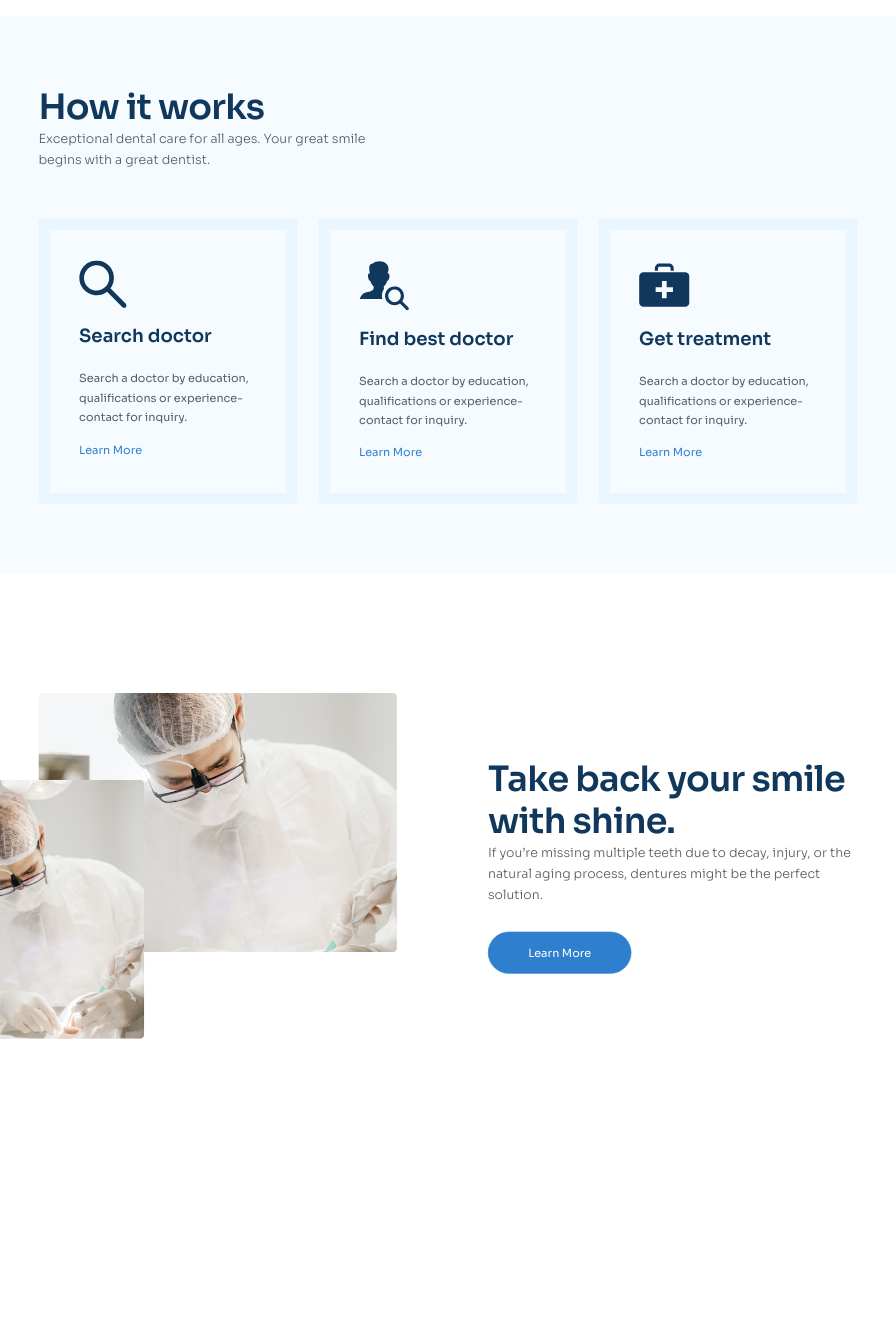
Repository: Tran-Dat/F8_Project_03
Page: index.html
An editor plug-in stored every save of this project. The page is shown before and after the next save, followed by the edit.
The browser window is 1280 px wide. The pictures show the part of the page from y = 1880 to 3800 px (the page is 3800 px tall), at 70% of full size.

Above is the page before, as saved 2023-04-03 16:26:08.

After the next save:
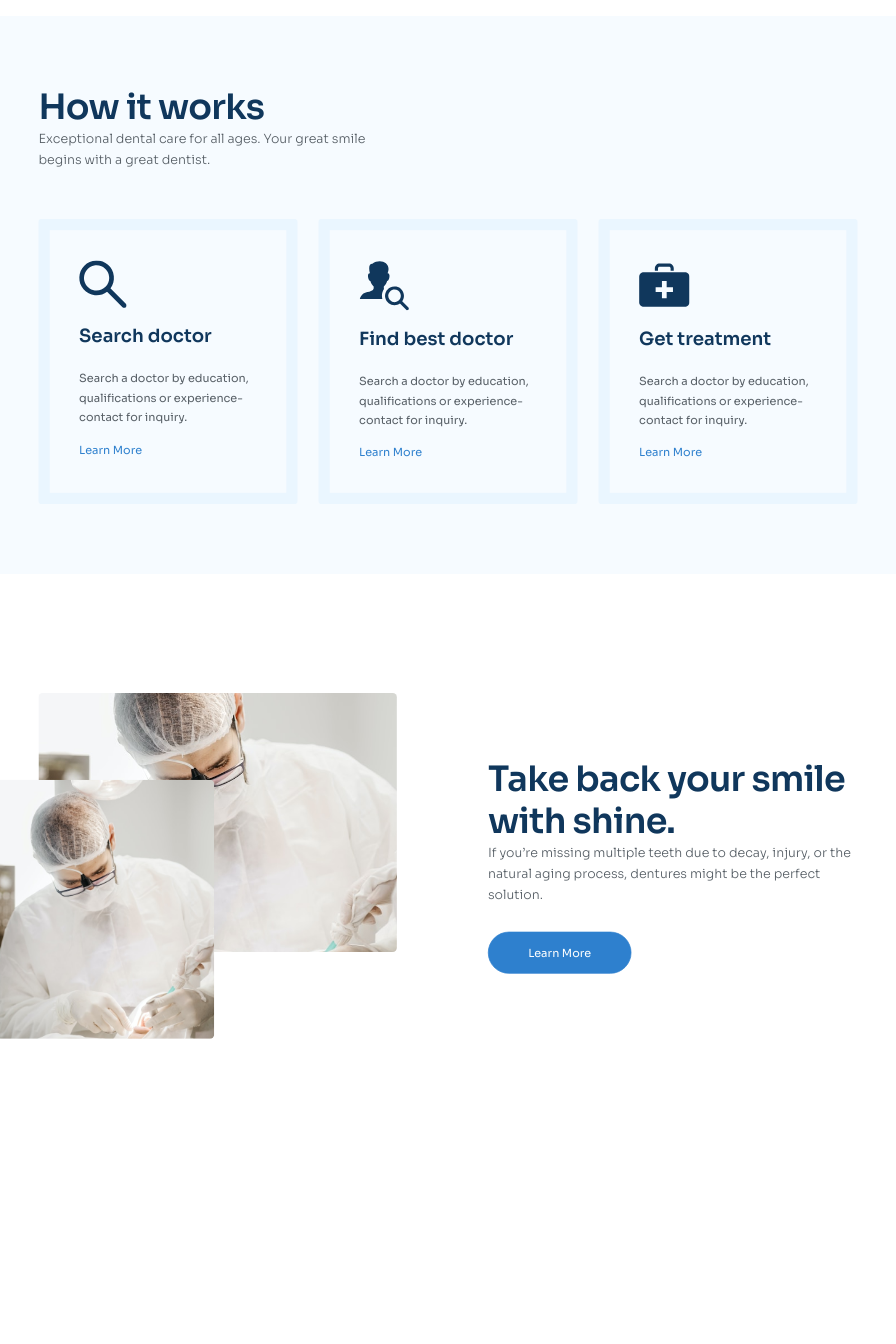
Saved 6 s later.
--- a/assets/css/style.css
+++ b/assets/css/style.css
@@ -415,7 +415,7 @@ a {
 
 .feature__img:last-child {
     position: absolute;
-    right: 100px;
+    right: 0;
     bottom: 0;
     width: 332px;
     height: 370px;
